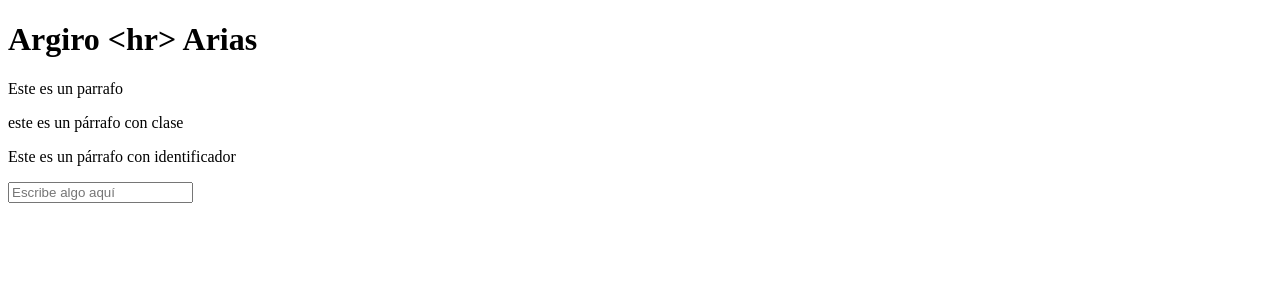
Repository: elto82/NuevoCursoPr-cticodeJavaScript
Page: index.html
The author's editor kept a copy of each file at every save. The page is drawn from the files as they stood at one save, then again after the next save.
The browser window is 1280 px wide. The pictures show the whole page.

Above is the page before, as saved 2022-09-09 08:40:36.

### index.html
<!DOCTYPE html>
<html lang="en">
<head>
  <meta charset="UTF-8">
  <meta http-equiv="X-UA-Compatible" content="IE=edge">
  <meta name="viewport" content="width=device-width, initial-scale=1.0">
  <title>Manipulación Del DOM Básica</title>
</head>
<body>
  <h1 class="verde">Manipulación Del DOM Básica</h1>

  <p>Este es un parrafo</p>
  <p class="parrafo">este es un párrafo con clase</p>
  <p id="pid">Este es un párrafo con identificador</p>

  <input placeholder="Escribe algo aquí" type="text" name="" id="">

  <script src="./main.js"></script>
</body>
</html>

### main.js


const h1 = document.querySelector('h1')
const p = document.querySelector('p')
const parrafo = document.querySelector('.parrafo')
const pid = document.querySelector('#pid')
const input = document.querySelector('input')

console.log({
  h1,
  p,
  parrafo,
  pid,
  input,
});

h1.innerHTML = 'Argiro <hr> Arias'


h1.innerText = 'Argiro <hr> Arias'
//console.log(h1.getAttribute('class'));
//h1.setAttribute('class', 'rojo')

h1.classList.add('cafe')
h1.classList.remove('verde')

After the next save:
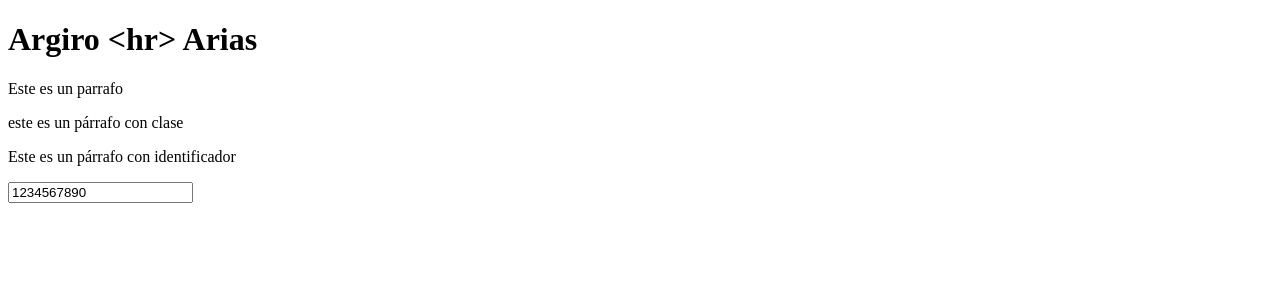
Saved 2 min 23 s later.
--- a/main.js
+++ b/main.js
@@ -23,3 +23,5 @@ h1.innerText = 'Argiro <hr> Arias'
 
 h1.classList.add('cafe')
 h1.classList.remove('verde')
+
+input.value = 1234567890
